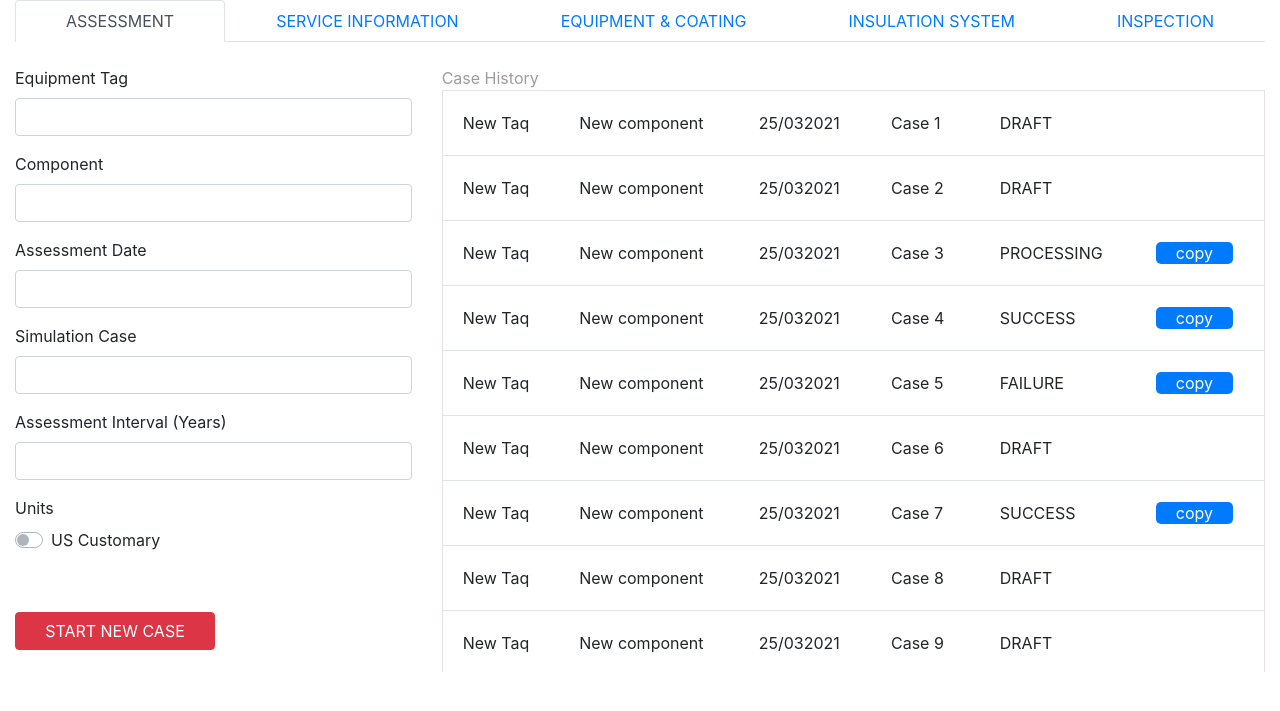
Repository: arif286/dashboard
Page: /
An editor plug-in stored every save of this project. The page is shown before and after the next save, followed by the edit.
The browser window is 1280 px wide. The pictures show the whole page.
An inner scrolling area shows only its first screen. The project was rebuilt for these pictures with package versions that can differ from the ones it lists, and the page was loaded fresh each time. The framework's server and built-in components were replaced by stand-ins that run in the browser. Also part of the build but not shown: nuxt.config.js, components/Nav.vue.

Above is the page before, as saved 2021-06-18 20:02:30.

### components/Form.vue
<template>
  <div>
    <form class="Assessment-input" action="">
      <div class="mb-3">
        <label for="Input1" class="form-label">Equipment Tag</label>
        <input id="Input1" type="text" class="form-control">
      </div>
      <div class="mb-3">
        <label for="Input2" class="form-label">Component</label>
        <input id="Input2" type="text" class="form-control">
      </div>
      <div class="mb-3">
        <label for="Input3" class="form-label">Assessment Date</label>
        <input id="Input3" type="text" class="form-control">
      </div>
      <div class="mb-3">
        <label for="Input4" class="form-label">Simulation Case</label>
        <input id="Input4" type="text" class="form-control">
      </div>
      <div class="mb-3">
        <label for="Input5" class="form-label">Assessment Interval (Years)</label>
        <input id="Input5" type="text" class="form-control">
      </div>
      <div>
        <label for="Input5" class="form-label">Units</label>
        <b-form-checkbox v-model="checked" name="check-button" switch>
          US Customary
        </b-form-checkbox>
      </div>
      <b-button class="submit-button" type="submit" variant="danger">
        START NEW CASE
      </b-button>
    </form>
  </div>
</template>
<script>
export default {
  data () {
    return {
      form: {
        email: '',
        name: '',
        food: null,
        checked: []
      },
      foods: [
        { text: 'Select One', value: null },
        'Carrots',
        'Beans',
        'Tomatoes',
        'Corn'
      ],
      show: true,
      checked: false
    }
  },
  methods: {
    onSubmit (event) {
      event.preventDefault()
      alert(JSON.stringify(this.form))
    }
  }
}
</script>
<style>
.submit-button {
  width: 200px;
  margin-top: 60px;
}
.Assessment-input input:focus {
  border-color: red;
  box-shadow: none;
}
</style>

### components/Table.vue
<template>
  <div class="table-contain">
    <p class="title">
      Case History
    </p>
    <table class="w-100 table-border">
      <tbody>
        <tr v-for="item in data" :key="item.id">
          <td>{{ item.equipmentTag }}</td>
          <td>{{ item.component }}</td>
          <td>{{ item.assessmentDate }}</td>
          <td>Case {{ item.case }}</td>
          <td>
            <span>
              {{ item.status }}
            </span>
          </td>
          <td>
            <span :class="item.copy ? 'copy-btn' : ''">{{ item.copy ? 'copy' : '' }}</span>
          </td>
        </tr>
      </tbody>
    </table>
  </div>
</template>

<script>
export default {
  props: {
    data: {
      type: Array,
      required: true
    }
  }
}
</script>
<style scoped>

.table-border tr{
 border: 1px solid #e6e2e2;
}
.table-border td{
  padding: 20px;
}
.title{
  margin-bottom: 0px;
  color: #a09b9b;
}
.table-contain {
  height: 606px;
  overflow-y: scroll;
}
.copy-btn{
  background-color: #007bff;
  padding: 1px 20px;
  color: white;
  border-radius: 5px;
}
.status-draft{
  color: #007bff;
}
.status-process{
  color: orange;
}
.status-success{
  color: greenyellow;
}
.status-failure{
  color: red;
}
</style>

### pages/index.vue
<template>
  <div class="container">
    <div>
      <b-tabs content-class="mt-3" fill>
        <b-tab title="ASSESSMENT" active>
          <div class="row mt-4">
            <div class="col-4">
              <Form />
            </div>
            <div class="col-8">
              <Table :data="dashboardData" />
            </div>
          </div>
        </b-tab>
        <b-tab title="SERVICE INFORMATION">
          <p>I'm the second tab</p>
        </b-tab>
        <b-tab title="EQUIPMENT & COATING">
          <p>I'm the tab with the very, very long title</p>
        </b-tab>
        <b-tab title="INSULATION SYSTEM">
          <p>I'm a disabled tab!</p>
        </b-tab>
        <b-tab title="INSPECTION">
          <p>I'm a Inspection!</p>
        </b-tab>
      </b-tabs>
    </div>
  </div>
</template>

<script>
import { dashboardData } from '@/assets/dashboard.js'
// eslint-disable-next-line semi
export default {
  data () {
    return { dashboardData }
  }
}
</script>

<style>
.container {
  max-width: 1860px;
}
</style>

### assets/dashboard.js
export const dashboardData = [
  {
    id: 1,
    equipmentTag: 'New Taq',
    component: 'New component',
    assessmentDate: '25/032021',
    case: 1,
    status: 'DRAFT'
  },
  {
    id: 2,
    equipmentTag: 'New Taq',
    component: 'New component',
    assessmentDate: '25/032021',
    case: 2,
    status: 'DRAFT'
  },
  {
    id: 3,
    equipmentTag: 'New Taq',
    component: 'New component',
    assessmentDate: '25/032021',
    case: 3,
    status: 'PROCESSING',
    copy: true
  },
  {
    id: 4,
    equipmentTag: 'New Taq',
    component: 'New component',
    assessmentDate: '25/032021',
    case: 4,
    status: 'SUCCESS',
    copy: true
  },
  {
    id: 5,
    equipmentTag: 'New Taq',
    component: 'New component',
    assessmentDate: '25/032021',
    case: 5,
    status: 'FAILURE',
    copy: true
  },
  {
    id: 6,
    equipmentTag: 'New Taq',
    component: 'New component',
    assessmentDate: '25/032021',
    case: 6,
    status: 'DRAFT'
  },
  {
    id: 7,
    equipmentTag: 'New Taq',
    component: 'New component',
    assessmentDate: '25/032021',
    case: 7,
    status: 'SUCCESS',
    copy: true
  },
  {
    id: 8,
    equipmentTag: 'New Taq',
    component: 'New component',
    assessmentDate: '25/032021',
    case: 8,
    status: 'DRAFT'
  },
  {
    id: 9,
    equipmentTag: 'New Taq',
    component: 'New component',
    assessmentDate: '25/032021',
    case: 9,
    status: 'DRAFT'
  },
  {
    id: 10,
    equipmentTag: 'New Taq',
    component: 'New component',
    assessmentDate: '25/032021',
    case: 10,
    status: 'DRAFT'
  }
]

Loaded but not shown: layouts/default.vue (common file)

After the next save:
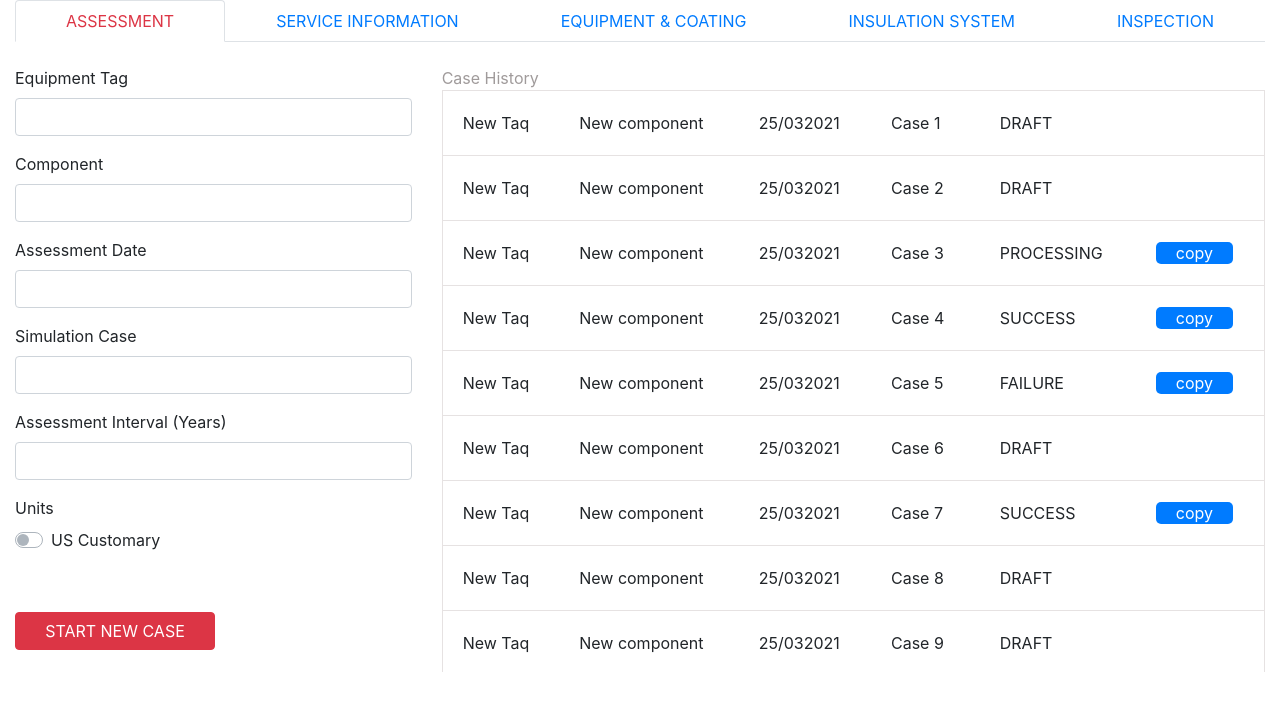
Saved 10 min 6 s later.
--- a/pages/index.vue
+++ b/pages/index.vue
@@ -1,7 +1,7 @@
 <template>
   <div class="container">
     <div>
-      <b-tabs content-class="mt-3" fill>
+      <b-tabs active-nav-item-class="text-danger" content-class="mt-3" fill>
         <b-tab title="ASSESSMENT" active>
           <div class="row mt-4">
             <div class="col-4">
